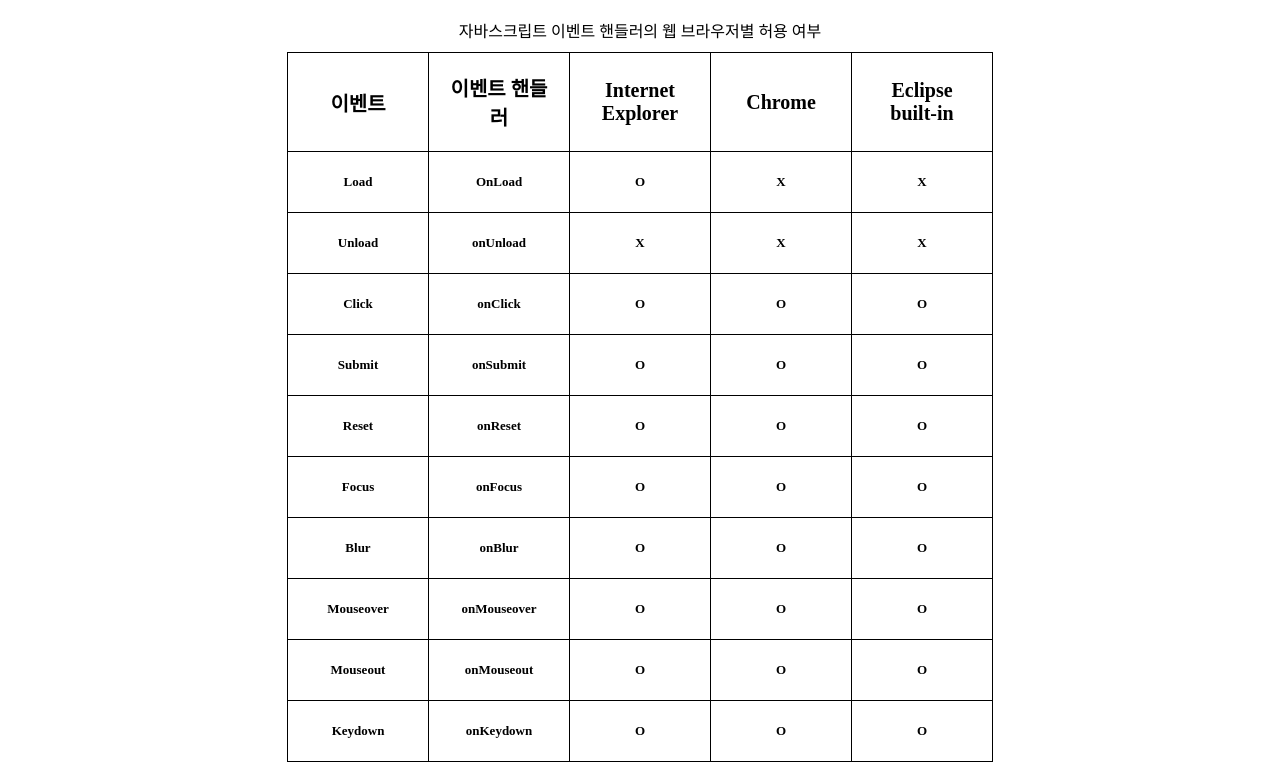
Repository: haaaein/Web-Programming
Page: week3/Practice A-01/src/main/webapp/PracticeA-01.html
The author's editor kept a copy of each file at every save. The page is drawn from the files as they stood at one save, then again after the next save.
The browser window is 1280 px wide. The pictures show the whole page.

Above is the page before, as saved 2021-09-20 02:17:36.

### week3/Practice A-01/src/main/webapp/PracticeA-01.html
<!DOCTYPE html>
<html>
<head>
<meta charset="UTF-8">
<title>웹브라우저별 이벤트핸들러</title>
<style>
            table, td {
                border: 1px solid black;
                border-collapse: collapse;
            }

            td, tr, th {
                width: 100px;
                height: 20px;
                padding: 20px;
                text-align: center;
            }

            tr, th {
                font-size: 20px;
                font-weight: bold;
            }

            td {
                font-size: 13px;
            }
        </style>
</head>
<body>
	 <div align="center">
            <table border="1">
                <caption style="padding: 10px;">자바스크립트 이벤트 핸들러의 웹 브라우저별 허용 여부</caption>
                <tr>
                    <th>이벤트</th>
                    <th>이벤트 핸들러</th>
                    <th>Internet Explorer</th>
                    <th>Chrome</th>
                    <th>Eclipse built-in</th>
                </tr>
                <tr>
                    <td>Load</td>
                    <td>OnLoad</td>
                    <td>O</td>
                    <td>X</td>
                    <td>X</td>
                </tr>
                <tr>
                    <td>Unload</td>
                    <td>onUnload</td>
                    <td>X</td>
                    <td>X</td>
                    <td>X</td>
                </tr>
                <tr>
                    <td>Click</td>
                    <td>onClick</td>
                    <td>O</td>
                    <td>O</td>
                    <td>O</td>
                </tr>
                <tr>
                    <td>Submit</td>
                    <td>onSubmit</td>
                    <td>O</td>
                    <td>O</td>
                    <td>O</td>
                </tr>
                <tr>
                    <td>Reset</td>
                    <td>onReset</td>
                    <td>O</td>
                    <td>O</td>
                    <td>O</td>
                </tr>
                <tr>
                    <td>Focus</td>
                    <td>onFocus</td>
                    <td>O</td>
                    <td>O</td>
                    <td>O</td>
                </tr>
                <tr>
                    <td>Blur</td>
                    <td>onBlur</td>
                    <td>O</td>
                    <td>O</td>
                    <td>O</td>
                </tr>
                <tr>
                    <td>Mouseover</td>
                    <td>onMouseover</td>
                    <td>O</td>
                    <td>O</td>
                    <td>O</td>
                </tr>
                <tr>
                    <td>Mouseout</td>
                    <td>onMouseout</td>
                    <td>O</td>
                    <td>O</td>
                    <td>O</td>
                </tr>
                <tr>
                    <td>Keydown</td>
                    <td>onKeydown</td>
                    <td>O</td>
                    <td>O</td>
                    <td>O</td>
                </tr>
            </table>
        </div>
</body>
</html>

After the next save:
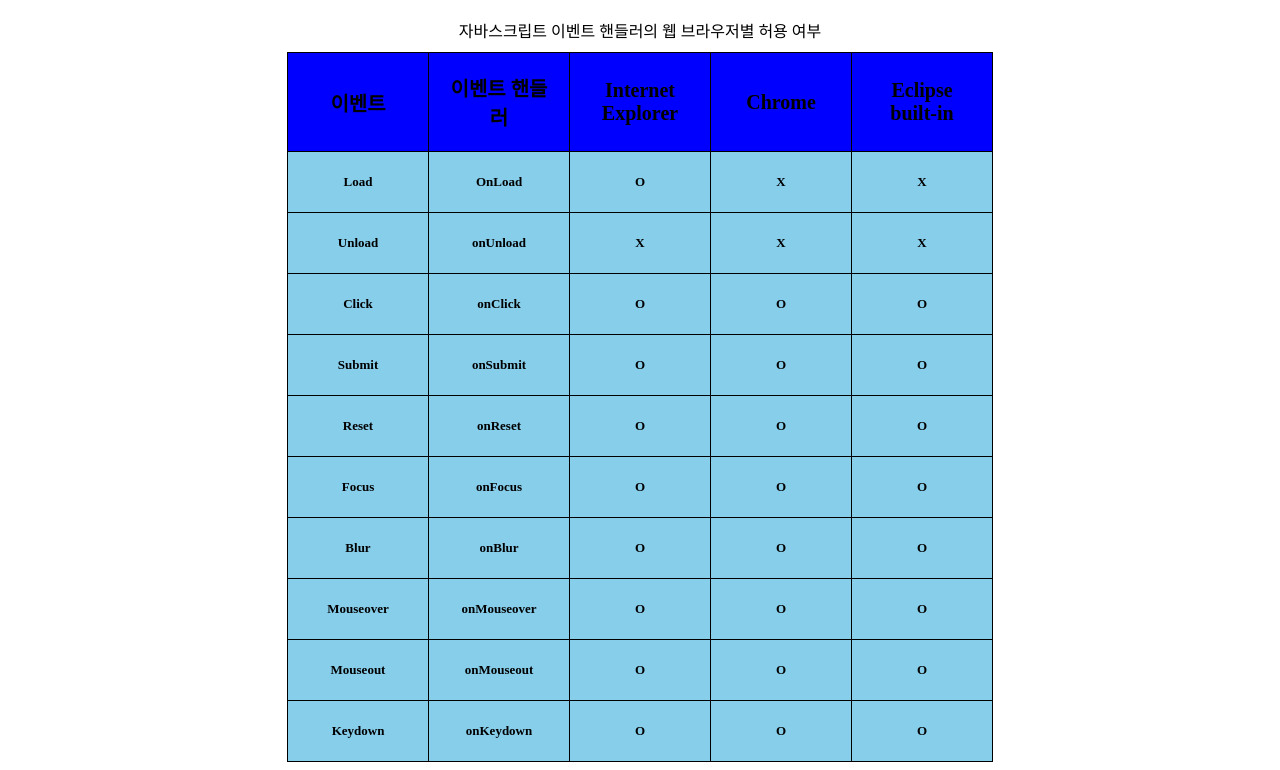
Saved 94 s later.
--- a/week3/Practice A-01/src/main/webapp/PracticeA-01.html
+++ b/week3/Practice A-01/src/main/webapp/PracticeA-01.html
@@ -21,8 +21,12 @@
                 font-weight: bold;
             }
 
+			th {
+				background-color: blue;
+			}
             td {
                 font-size: 13px;
+                background-color: skyblue;
             }
         </style>
 </head>
